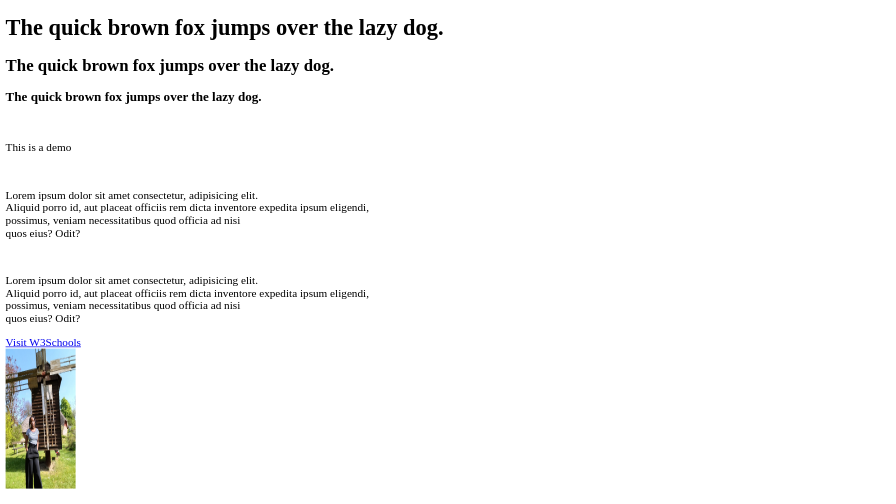
Repository: PhilipMuturi/website
Page: website/index.html
The author's editor kept a copy of each file at every save. The page is drawn from the files as they stood at one save, then again after the next save.
The browser window is 1280 px wide. The pictures show the whole page, at 70% of full size.

Above is the page before, as saved 2023-11-29 14:20:31.

After the next save:
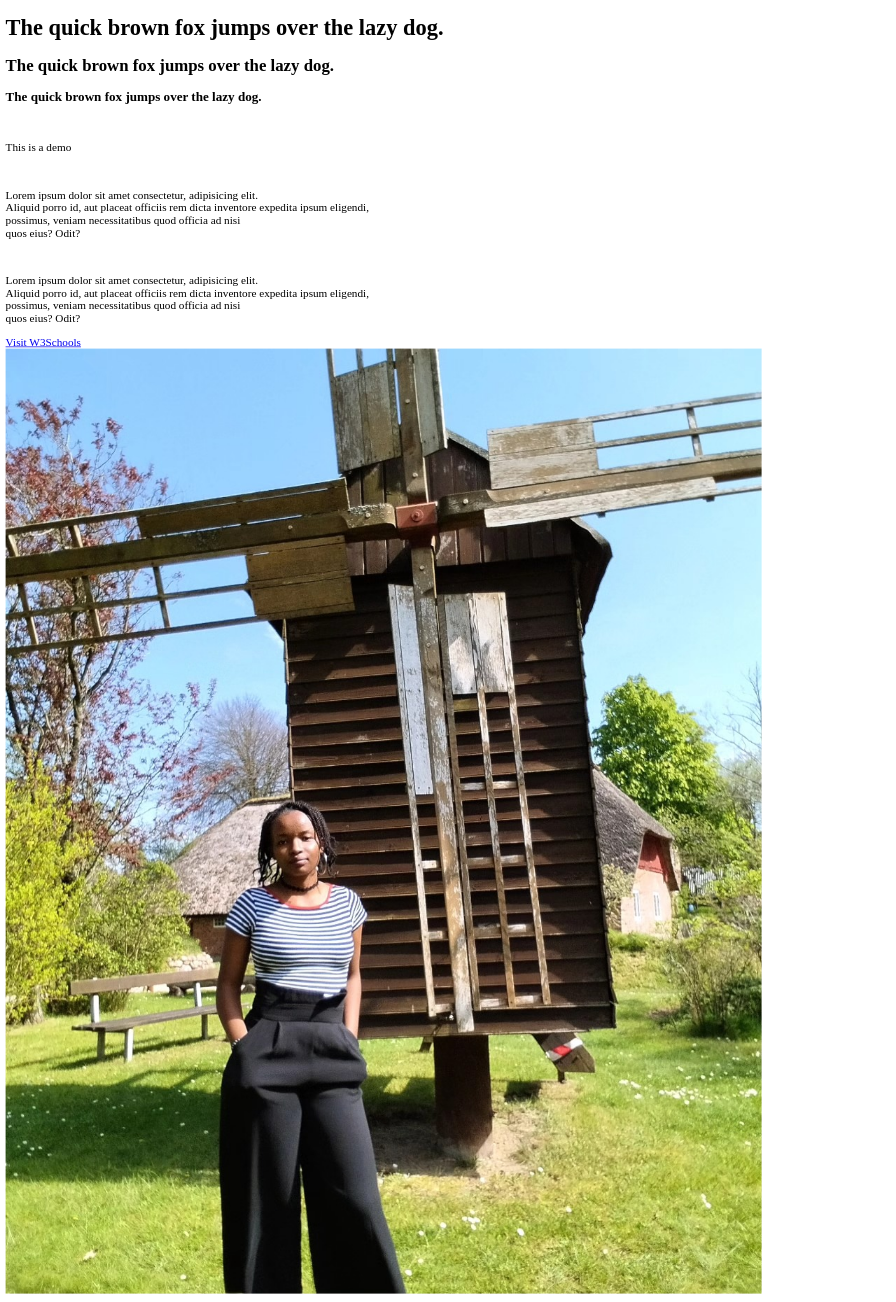
Saved 2 min 7 s later.
--- a/website/index.html
+++ b/website/index.html
@@ -30,6 +30,6 @@
 
              <a href="https://www.w3schools.com">Visit W3Schools</a>
              <br>
-             <img src="Jackie.jpg" height="200" width="100">
+             <img src="Jackie.jpg" height="1350" width="1080">
     </body>
 </html>
